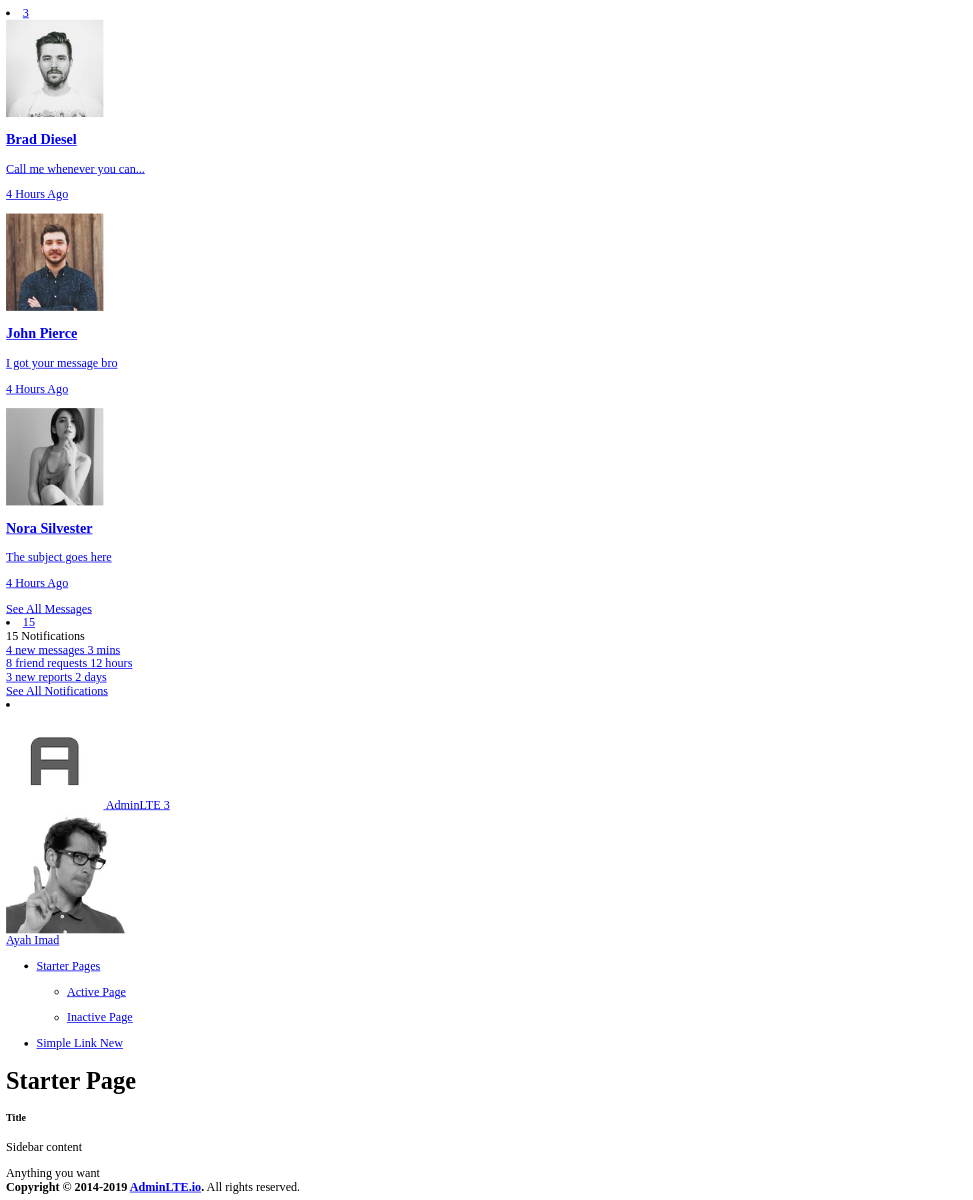
Repository: Abdaljawad-Aya/Django-Exercises
Page: http://localhost/polls/
The author's editor kept a copy of each file at every save. The page is drawn from the files as they stood at one save, then again after the next save.
The browser window is 1280 px wide. The pictures show the whole page, at 76% of full size.
The page is served by the project's application, run on Django 3.2 (manage.py).

Above is the page before, as saved 2021-03-10 08:26:42.

After the next save:
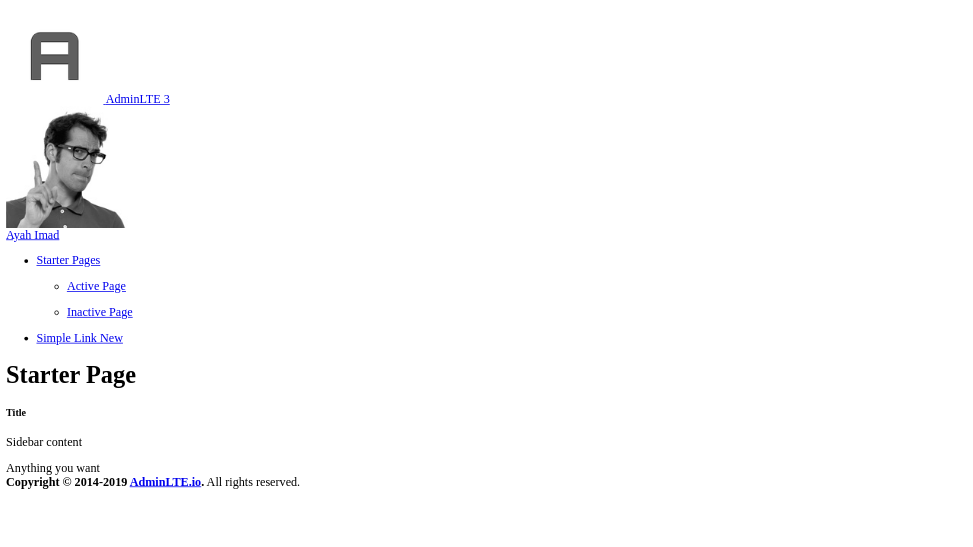
Saved 10 s later.
--- a/crudDj/DJ/polls/templates/polls/starter.html
+++ b/crudDj/DJ/polls/templates/polls/starter.html
@@ -51,7 +51,7 @@
     </form> {% endcomment %}
 
     <!-- Right navbar links -->
-    {% comment %} <ul class="navbar-nav ml-auto"> {% endcomment %}
+    {% comment %} <ul class="navbar-nav ml-auto">
       <!-- Messages Dropdown Menu -->
       <li class="nav-item dropdown">
         <a class="nav-link" data-toggle="dropdown" href="#">
@@ -140,7 +140,7 @@
       <li class="nav-item">
         <a class="nav-link" data-widget="control-sidebar" data-slide="true" href="#" role="button"><i
             class="fas fa-th-large"></i></a>
-      </li>
+      </li> {% endcomment %}
     {% comment %} </ul> {% endcomment %}
   {% comment %} </nav> {% endcomment %}
   <!-- /.navbar -->
